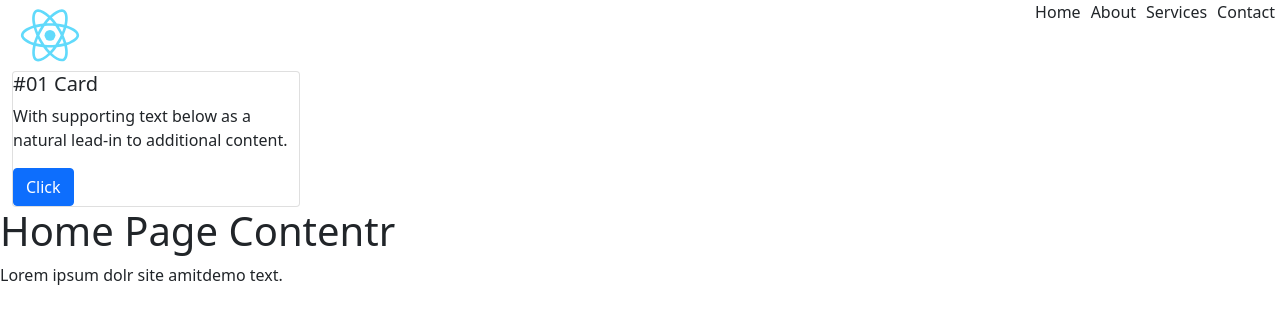
Repository: rudra319/react
Page: /
The author's editor kept a copy of each file at every save. The page is drawn from the files as they stood at one save, then again after the next save.
The browser window is 1280 px wide. The pictures show the whole page.
The project was rebuilt for these pictures with package versions that can differ from the ones it lists, and the page was loaded fresh each time. Also part of the build but not shown: src/App.css, src/pages/dashboard/Dashboard.css, src/pages/dashboard/Dashboard.jsx, src/pages/dashboard/Chinmayee.css.

Above is the page before, as saved 2022-05-17 17:30:25.

### src/App.js
import logo from './logo.svg';
import './App.css';
import Header from './Header';
import { useState } from 'react';
import 'bootstrap/dist/css/bootstrap.min.css';
import Dashboard from './pages/dashboard/Dashboard';
import Chinmayee from './pages/dashboard/Chinmayee';
function App1() {
  const [cPage, setCPage] = useState("home")
  //console.log(cPage)
  return (
    <>
      <div>
        <Header setCPage={setCPage} />
      </div>
      <Chinmayee/>
      {/* <Dashboard /> */}
      {cPage !== "" && (cPage === 'home' || cPage === "Home") && (
        <>
          <h1>Home Page Contentr</h1>
          <p>Lorem ipsum dolr site amitdemo text.</p>
        </>
      )}
      {cPage === 'about' && (
        <>
          <h1>About Page Contentr</h1>
          <p>Lorem ipsum dolr site amitdemo text.</p>
        </>
      )}
      {cPage === 'products' && (
        <>
          <h1>Products Page Contentr</h1>
          <p>Lorem ipsum dolr site amitdemo text.</p>
        </>
      )}
      {cPage === 'services' && (
        <>
          <h1>Services Page Contentr</h1>
          <p>Lorem ipsum dolr site amitdemo text.</p>
        </>
      )}
      {cPage === 'contact' && (
        <>
          <h1>Contact Page Contentr</h1>
          <p>Lorem ipsum dolr site amitdemo text.</p>
        </>
      )}
    </>
  );
}

export default App1;

### src/Header.js
import React, {useState, useEffect} from 'react';
import logo from './logo.svg';
import Menu from './Menu';

function Header({setCPage = () => {}}) {

  // const [name, setName] = useState("");
  // let nameVar = "CSM Admin nameVar";
  // useEffect(() => {
  //   setName("CSM Admin name")
  //   nameVar = "Test"
  // },[]);


  return (
    <div>
      <a><img style={{width:'100px'}} src={logo} /></a>
      <Menu setCPage={setCPage} />
    </div>
  );
}

export default Header;

### src/pages/dashboard/Chinmayee.jsx
import React, { useState } from 'react';
import {Button, Container, Row, Col, Card, CardGroup, CardImg} from 'react-bootstrap';
import Button1 from 'react-bootstrap/Button';
import CardHeader from 'react-bootstrap/esm/CardHeader';
import './Chinmayee.css'

export default function Chinmayee (){

const [flag, setFlag] = useState(false);
    return(
        <Container fluid>
            {/* <h1 className={flag ? "heading":'heading1'}>Chinmayee</h1>
            <Button variant="danger" onClick={()=>setFlag(!flag)}>Click</Button>
            <Button1 variant="danger" onClick={()=>setFlag(!flag)}>Click</Button1>
     */}
            <Row>
                <Col>
                    <Card  style={{width: "18rem"}}  >
                        <CardGroup>

                            <h5 className="card-title">#01 Card</h5>
                            <CardImg>

                            </CardImg>
                            <p className="card-text">With supporting text below as a natural lead-in to additional content.</p>
                            <Button variant="primary" onClick={()=>setFlag(!flag)}>Click</Button>
                        </CardGroup>

                    </Card>



                </Col>

                <Col>
                {/* <div class="card" style="width: 18rem;">
<div class="card-body">
<h5 class="card-title">Special title treatment</h5>
<p class="card-text">With supporting text below as a natural lead-in to additional content.</p>
<a href="#" class="btn btn-primary">Go somewhere</a>
</div>
</div>
                 */}
                </Col>
            </Row>
</Container>
    )

};

### src/Menu.js
import MenuItem from './MenuItem';

function Menu({setCPage = () => {}}) {
  const menuData = [
    { label:"Home", link:"home"},
    { label:"About", link:"about"},
    { label:"Products"},
    { label:"Services", link:"services"},
    { label:"Contact", link:"contact"}
  ];

  return (
      <ul style={{float:'right', listStyle:'none'}}>
        {
          menuData && menuData !== [] && menuData.length > 0 && menuData.map((menuItem)=>{
            if(menuItem.link){
              return(<MenuItem menuItem={menuItem} setCPage={setCPage} />)
            }
          })
        }
      </ul>
  );
}

export default Menu;

### src/MenuItem.js
import logo from './logo.svg';
import { useEffect } from 'react';

function MenuItem({menuItem = {}, setCPage = () => {}}) {
  const {label, link} = menuItem;

  const handleSetCPage = (e) => {
    if(e.target){
        setCPage(e.target.name);
    }
  }
  return (
    <>
      <li style={{display:'inline-block', margin: '0 5px'}}>
        <a onClick={(e)=>handleSetCPage(e)} name={link}>{label}</a>
      </li>
    </>
  );
}

export default MenuItem;

Loaded but not shown: public/index.html (common file); src/index.js (common file); src/index.css (common file); src/reportWebVitals.js (common file)

After the next save:
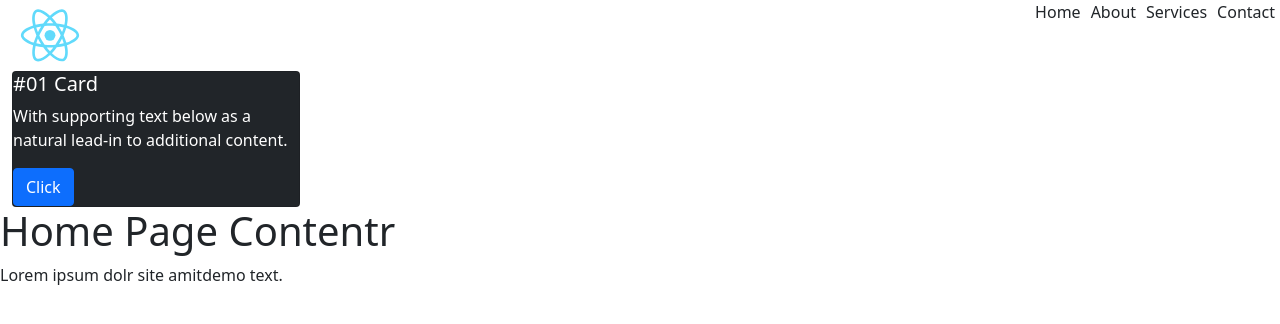
Saved 84 s later.
--- a/src/pages/dashboard/Chinmayee.jsx
+++ b/src/pages/dashboard/Chinmayee.jsx
@@ -15,7 +15,7 @@
      */}
             <Row>
                 <Col>
-                    <Card  style={{width: "18rem"}}  >
+                    <Card className="bg-dark text-white" style={{width: "18rem"}}  >
                         <CardGroup>
 
                             <h5 className="card-title">#01 Card</h5>
